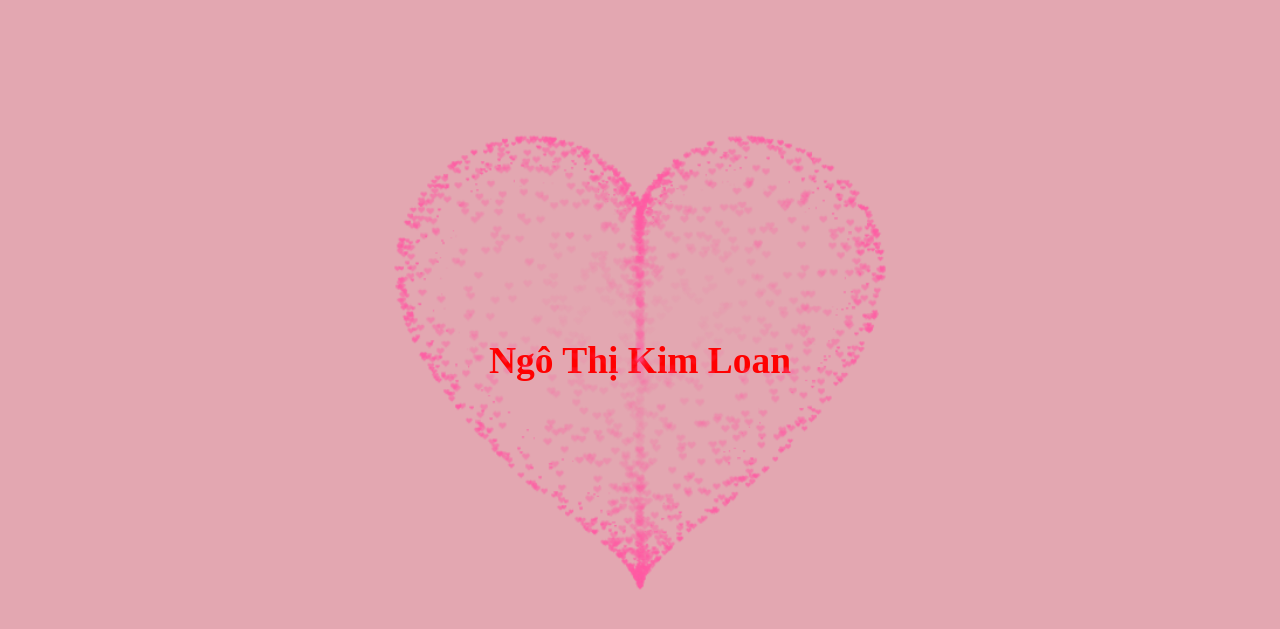
Repository: congbnvn0709/happy-valentine
Page: index.html
These files come from the project's save history. The page is drawn as it stood at one moment and after the next save; the edit follows.
The browser window is 1280 px wide. The pictures show the whole page.

Above is the page before, as saved 2023-01-30 23:25:02.

After the next save:
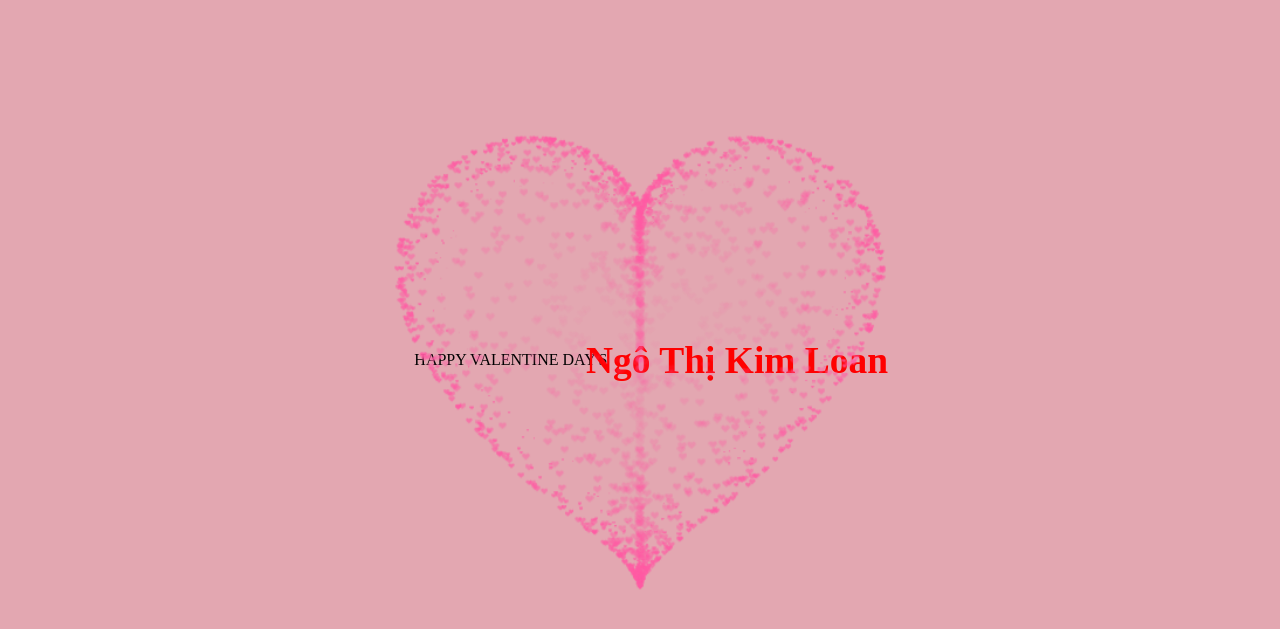
Saved 28 s later.
--- a/index.html
+++ b/index.html
@@ -10,6 +10,7 @@
   </head>
 
   <body>
+    <p>HAPPY VALENTINE DAY'S</p>
     <h1>Ngô Thị Kim Loan</h1>
 
     <div class="box">
